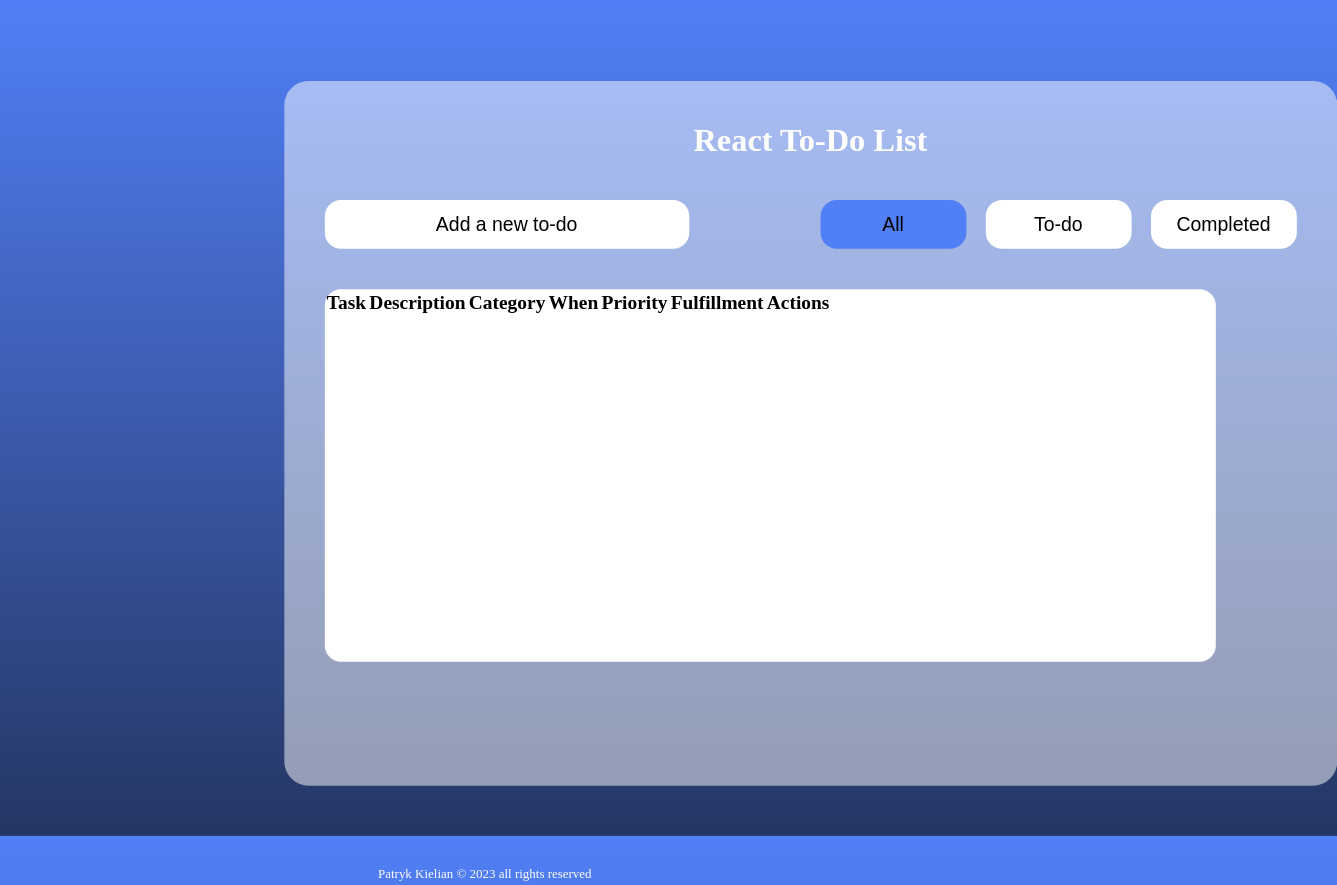
Repository: mirajane2/maquette-todo
Page: index.html
An editor plug-in stored every save of this project. The page is shown before and after the next save, followed by the edit.
The browser window is 1280 px wide. The page is 1651 px wide, then 1551 px, so the pictures cover 1651 px, including what lies to the right of the window. The pictures show the whole page, at 81% of full size.
The page's requests for data from a server got no answer.

Above is the page before, as saved 2024-11-18 10:52:52.

After the next save:
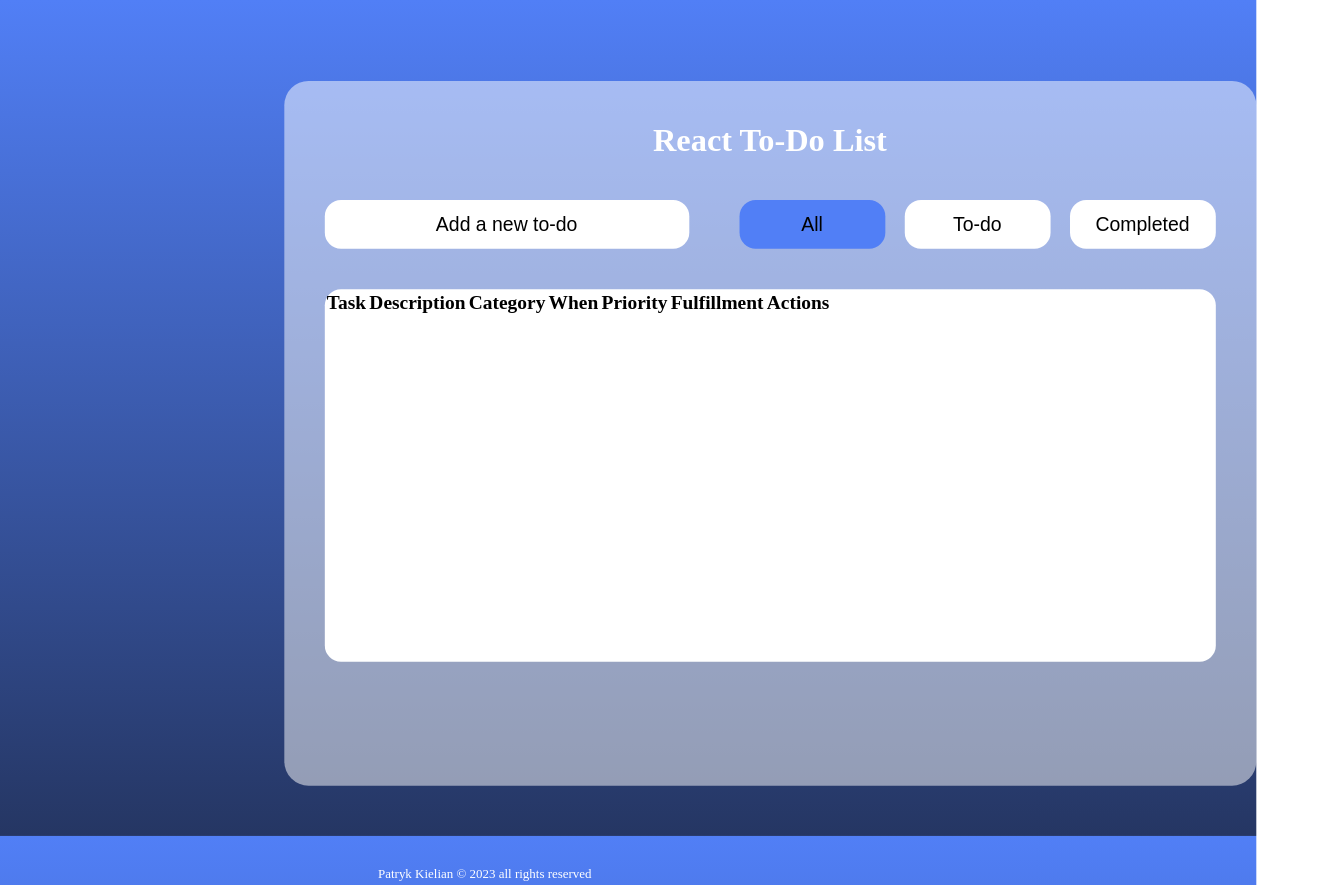
Saved 2 min 32 s later.
--- a/index.css
+++ b/index.css
@@ -13,8 +13,16 @@ body{
 }
 
 .content{
-    width: 1200px;
+    width: 1100px;
     height: 770px;
+    background-color: #FFFFFF80;
+    border-radius: 30px;
+    margin: 100px 350.500px;
+    padding: 50px;
+}
+.content-1{
+    width: 1100px;
+    height: 529px;
     background-color: #FFFFFF80;
     border-radius: 30px;
     margin: 100px 350.500px;
